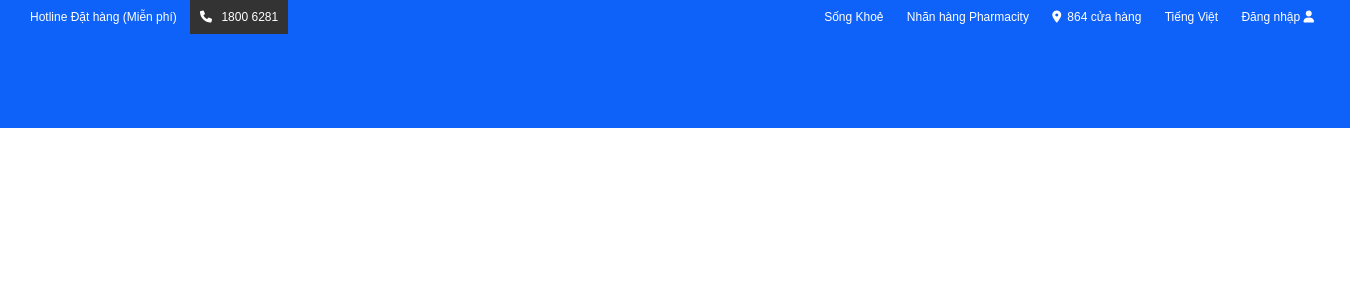
Repository: CGAnVil/case-module3-nhom6
Page: src/main/webapp/index.html
The author's editor kept a copy of each file at every save. The page is drawn from the files as they stood at one save, then again after the next save.
The browser window is 1280 px wide. The page is 1350 px wide, so the pictures cover 1350 px, including what lies to the right of the window. The pictures show the whole page.

Above is the page before, as saved 2022-03-08 16:05:08.

### src/main/webapp/index.html
<!DOCTYPE html>
<html lang="en">

<head>
    <meta charset="UTF-8">
    <meta http-equiv="X-UA-Compatible" content="IE=edge">
    <meta name="viewport" content="width=device-width, initial-scale=1.0">
    <link rel="stylesheet" href="https://cdnjs.cloudflare.com/ajax/libs/font-awesome/6.0.0/css/all.min.css" integrity="sha512-9usAa10IRO0HhonpyAIVpjrylPvoDwiPUiKdWk5t3PyolY1cOd4DSE0Ga+ri4AuTroPR5aQvXU9xC6qOPnzFeg==" crossorigin="anonymous" referrerpolicy="no-referrer">
    <link rel="stylesheet" href="./style.css">
    <title>Document</title>
</head>

<body>
    <div class="container">
        <div class="header">
            <div class="header-top">
                <div class="header-top-left">
                    <a href="#">Hotline Đặt hàng (Miễn phí)</a>
                    <a href="tel: 1800 6281">
                        <i class="fa-solid fa-phone"></i> 1800 6281
                    </a>
                </div>
                <div class="header-top-right">
                    <a href="#">Sống Khoẻ</a>
                    <a href="#">Nhãn hàng Pharmacity</a>
                    <a href="#">
                        <i class="fa-solid fa-location-dot"></i>864 cửa hàng
                    </a>
                    <a href="#">Tiếng Việt</a>
                    <a href="#">
                    Đăng nhập
                    <i class="fa-solid fa-user"></i>
                </a>
                </div>
            </div>
            <div class="header-middle"></div>
            <div class="header-bottom"></div>
        </div>
    </div>
</body>

</html>

### src/main/webapp/style.css
* {
    padding: 0;
    margin: 0;
    box-sizing: border-box;
}

body {
    font-family: sans-serif;
}

a {
    text-decoration: none;
}

.header {
    background: #0f62f9;
    width: 1350px;
    height: 128px;
    font-size: 12px;
}

.header-top {
    display: flex;
    justify-content: space-between;
    align-items: center;
    padding: 10px 20px;
}

.header .header-top a {
    color: #fff;
    padding: 10px;
}

.header .header-top a i {
    padding-right: 6px;
}

.header-top-left a:nth-child(2) {
    background-color: #333;
}

After the next save:
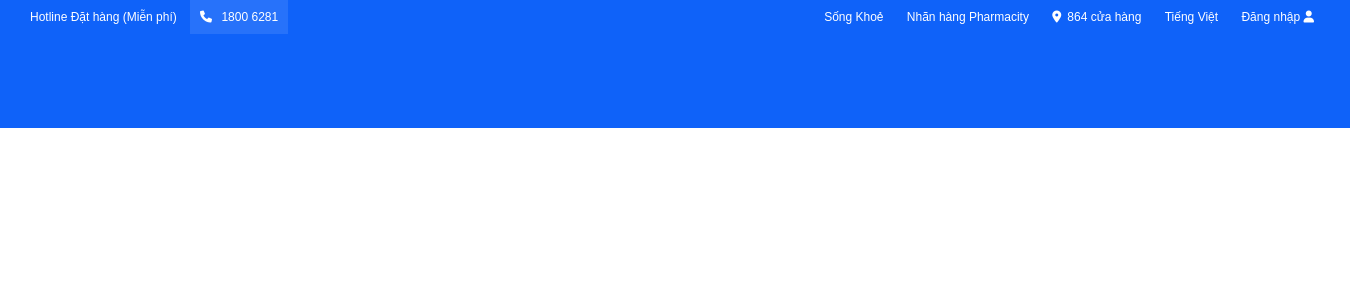
Saved 18 s later.
--- a/src/main/webapp/style.css
+++ b/src/main/webapp/style.css
@@ -36,5 +36,5 @@ a {
 }
 
 .header-top-left a:nth-child(2) {
-    background-color: #333;
+    background-color: rgba(255, 255, 255, 0.1);
 }
